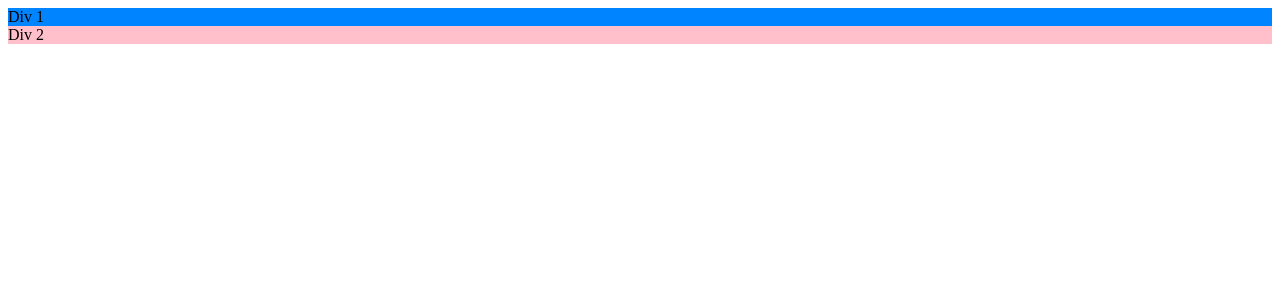
Repository: RagulRanjeeth/Frontend
Page: Exercises/Grids.html
The author's editor kept a copy of each file at every save. The page is drawn from the files as they stood at one save, then again after the next save.
The browser window is 1280 px wide. The pictures show the whole page.

Above is the page before, as saved 2026-01-25 15:44:01.

### Exercises/Grids.html
<!DOCTYPE html>
<html>
    <head>
        <title>Grid Practice</title>
    </head>
    <body>
        <div>
            <div style="background-color: rgb(0, 132, 255)">Div 1</div>
            <div style="background-color: pink">Div 2</div>

        </div>
    </body>
</html>

After the next save:
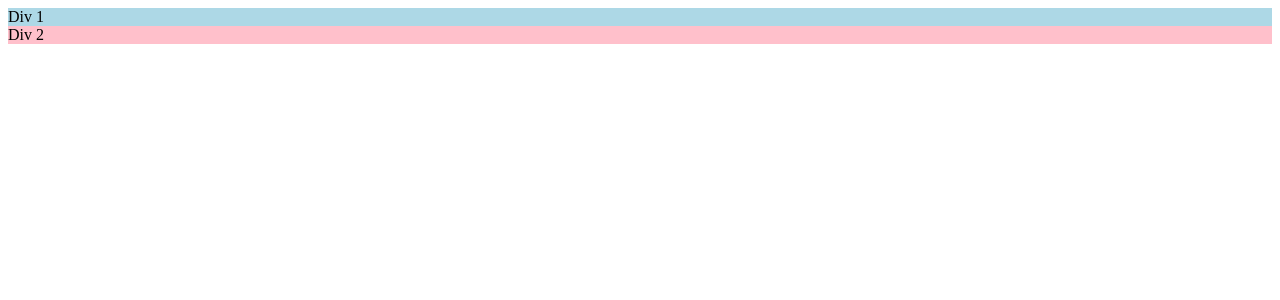
Saved 3 min 24 s later.
--- a/Exercises/Grids.html
+++ b/Exercises/Grids.html
@@ -5,8 +5,8 @@
     </head>
     <body>
         <div>
-            <div style="background-color: rgb(0, 132, 255)">Div 1</div>
-            <div style="background-color: pink">Div 2</div>
+            <div style="background-color: lightblue">Div 1</div>
+            <div style="background-color: rgb(255, 192, 203)">Div 2</div>
 
         </div>
     </body>
